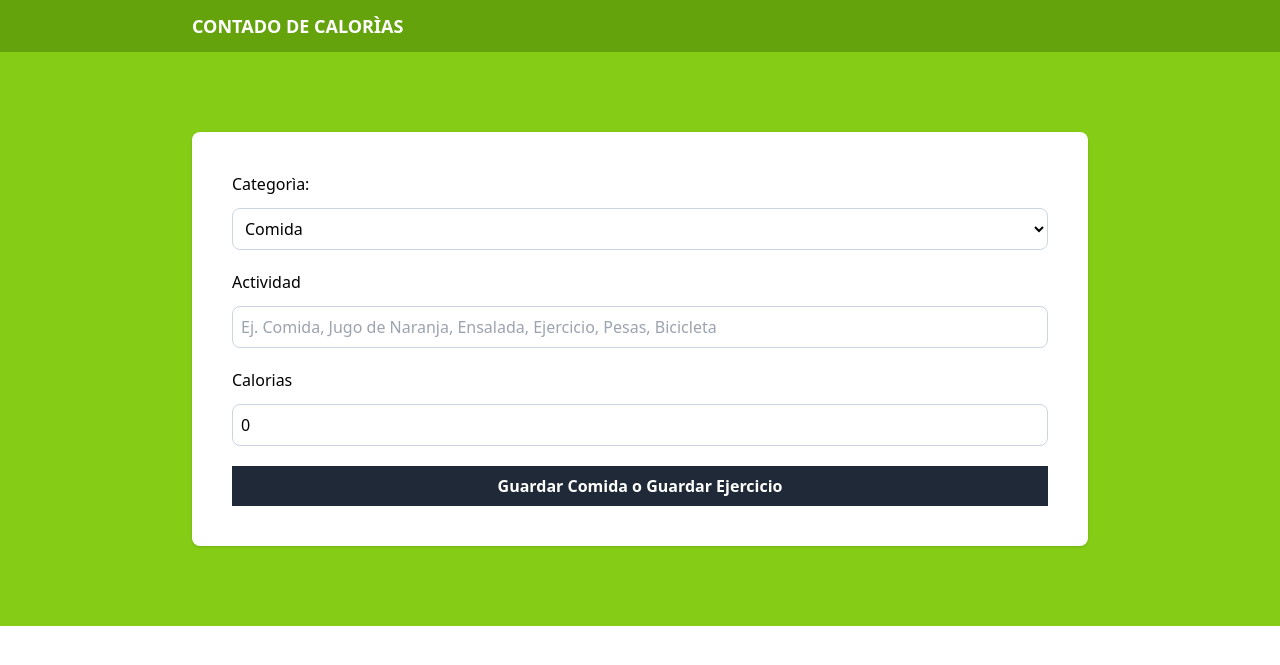
Repository: Matiiu/calorie-tracker
Page: /
An editor plug-in stored every save of this project. The page is shown before and after the next save, followed by the edit.
The browser window is 1280 px wide. The pictures show the whole page.
The project was rebuilt for these pictures with package versions that can differ from the ones it lists, and the page was loaded fresh each time. Also part of the build but not shown: vite.config.ts.

Above is the page before, as saved 2024-04-01 11:00:05.

After the next save:
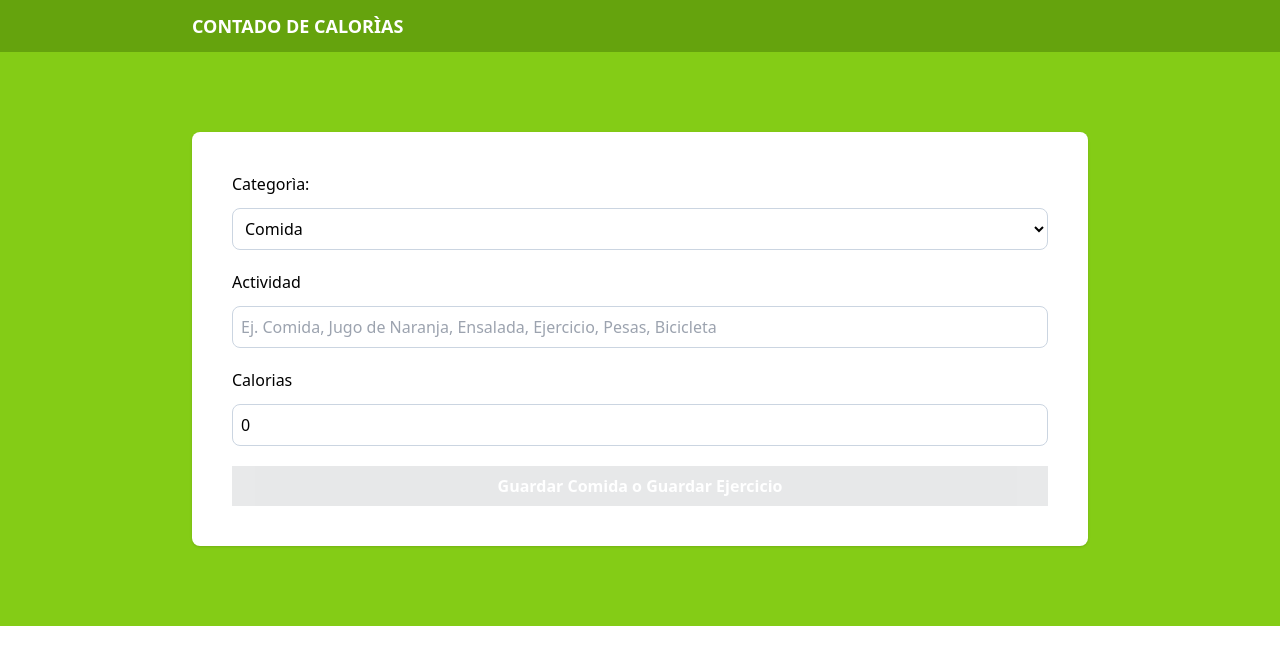
Saved 3 min 8 s later.
--- a/src/components/Form.tsx
+++ b/src/components/Form.tsx
@@ -75,7 +75,7 @@ export default function Form() {
 
       <input
         type="submit"
-        className="bg-gray-800 hover:bg-gray-900 w-full p-2 font-bold text-white cursor-pointer"
+        className="bg-gray-800 hover:bg-gray-900 w-full p-2 font-bold text-white cursor-pointer disabled:opacity-10"
         value="Guardar Comida o Guardar Ejercicio"
         disabled={!isValidateActivity()}
       />
